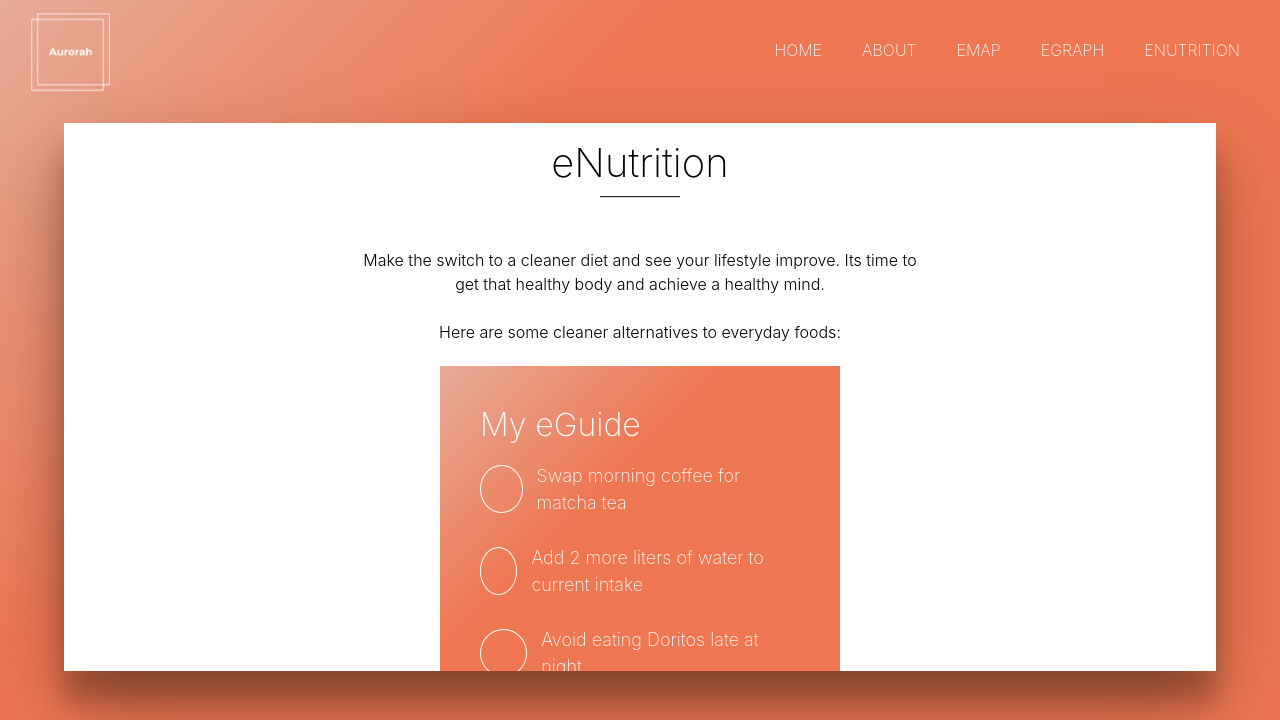
Repository: aasirvalji/saferMe
Page: /alt
An editor plug-in stored every save of this project. The page is shown before and after the next save, followed by the edit.
The browser window is 1280 px wide. The pictures show the whole page.
An inner scrolling area shows only its first screen. The project was rebuilt for these pictures with package versions that can differ from the ones it lists, and the page was loaded fresh each time. Also part of the build but not shown: src/components/Landing.js, src/styles/Services.css, src/components/Services.js, src/styles/MapDisplay.css, src/mapStyles.js, src/components/MapDisplay.js, src/styles/GraphDisplay.css, src/components/GraphDisplay.js and 2 more. Imported but missing from the stored project, and not drawn on this page: src/components/Chart, src/components/Footer.

Above is the page before, as saved 2020-02-15 06:36:03.

### public/index.html
<!DOCTYPE html>
<html lang="en">
  <head>
    <meta charset="utf-8" />
    <link rel="icon" href="%PUBLIC_URL%/favicon.ico" />
    <meta name="viewport" content="width=device-width, initial-scale=1" />
    <meta name="theme-color" content="#000000" />
    <meta
      name="description"
      content="Web site created using create-react-app"
    />
    <link rel="apple-touch-icon" href="%PUBLIC_URL%/logo192.png" />
    <!--
      manifest.json provides metadata used when your web app is installed on a
      user's mobile device or desktop. See https://developers.google.com/web/fundamentals/web-app-manifest/
    -->
    <link rel="manifest" href="%PUBLIC_URL%/manifest.json" />
    <!--
      Notice the use of %PUBLIC_URL% in the tags above.
      It will be replaced with the URL of the `public` folder during the build.
      Only files inside the `public` folder can be referenced from the HTML.

      Unlike "/favicon.ico" or "favicon.ico", "%PUBLIC_URL%/favicon.ico" will
      work correctly both with client-side routing and a non-root public URL.
      Learn how to configure a non-root public URL by running `npm run build`.
    -->

    <link
    rel="stylesheet"
    href="https://maxcdn.bootstrapcdn.com/bootstrap/4.3.1/css/bootstrap.min.css"
    integrity="sha384-ggOyR0iXCbMQv3Xipma34MD+dH/1fQ784/j6cY/iJTQUOhcWr7x9JvoRxT2MZw1T"
    crossorigin="anonymous"
  />

  <link rel="stylesheet" href="https://use.fontawesome.com/releases/v5.7.2/css/all.css" integrity="sha384-fnmOCqbTlWIlj8LyTjo7mOUStjsKC4pOpQbqyi7RrhN7udi9RwhKkMHpvLbHG9Sr" crossorigin="anonymous">

    <title>Aurorah</title>
  </head>
  <body>
    <noscript>You need to enable JavaScript to run this app.</noscript>
    <div id="root"></div>
    <!--
      This HTML file is a template.
      If you open it directly in the browser, you will see an empty page.

      You can add webfonts, meta tags, or analytics to this file.
      The build step will place the bundled scripts into the <body> tag.

      To begin the development, run `npm start` or `yarn start`.
      To create a production bundle, use `npm run build` or `yarn build`.
    -->
  </body>
</html>

### src/App.js
import React from 'react';
import './App.css';
import Navigate from './components/Navigate'
import Landing from './components/Landing'
import Services from './components/Services'
import Footer from './components/Footer'
import MapDisplay from './components/MapDisplay'
import GraphDisplay from './components/GraphDisplay'
import AltDisplay from './components/AltDisplay'
import AboutDisplay from './components/AboutDisplay'
import Chart from './components/Chart'

import {
  BrowserRouter as Router,
  Switch,
  Route,
} from "react-router-dom";

class App extends React.Component { //when working with any type of data, call it in App then pass to comp on interest

  constructor(props) {
    super(props);

  }

/* start api sample */
/*
  componentDidMount() {
    fetch("https://api.example.com/items")
      .then(res => res.json())
      .then(
        (result) => {
          this.setState({
            isLoaded: true,
            items: result.items
          });
        },
        // Note: it's important to handle errors here
        // instead of a catch() block so that we don't swallow
        // exceptions from actual bugs in components.
        (error) => {
          this.setState({
            isLoaded: true,
            error
          });
        }
      )
  }
  */
/* end api sample */
  render(){


  return (
    <Router>
    <div className="App">

    <Switch>

    <Route exact path="/">
    <div className='landing-div'>
    <Navigate></Navigate>
    <Landing></Landing>
    <img className='wave' src='https://www.ochrehealth.com.au/wp-content/uploads/2018/10/slider-wave.png' alt=''></img>  {/* wave pattern*/}
    </div>
    {/* services placement*/}
    {/* maps placement*/}
    </Route>

    <Route path="/about">
    <div className='about-background'>
    <Navigate></Navigate>

    <AboutDisplay></AboutDisplay>
    </div>
    </Route>

    <Route path="/map">
    <div className='map-background'>
    <Navigate></Navigate>

    <MapDisplay></MapDisplay>
    </div>
    </Route>

    <Route path="/graph">
    <div className='graph-background'>
    <Navigate></Navigate>

    <GraphDisplay>

    <Chart></Chart>
    </GraphDisplay>
    </div>
    </Route>

    <Route path="/alt">
    <div className='alt-background'>
    <Navigate></Navigate>

    <AltDisplay></AltDisplay>
    </div>
    </Route>

    </Switch>

    </div>
    </Router>

  );
  }
}

export default App;

### src/App.css
.landing-div {
    height: 100vh;
	background: linear-gradient(-45deg, #ee7752, #e73c7e,#FF4136, #85144b);
	background-size: 400% 400%;
    animation: gradient 10s ease infinite;

}


@keyframes gradient {
	0% {
		background-position: 0% 50%;
	}
	50% {
		background-position: 100% 50%;
	}
	100% {
		background-position: 0% 50%;
	}
}

.landing-div .wave{
    margin-right: 20vh;
    height: 15vh;
    width: 100%;
    position: absolute;
    bottom: 0;
}

@media screen and (max-width:700px) {

    .landing-div {
        height: 110vh;
    }

    .landing-div .wave{
    display: none;
    }

}

.about-background{
    background: linear-gradient(-45deg, #23a6d5, #23a6d5,#23a6d5, #acceda);
    height: 100vh;
}

.map-background{
    background: linear-gradient(-45deg, #5444c4, #5444c4,#5444c4, #908ab9);
    height: 100vh;
}

.graph-background{
    background: linear-gradient(-45deg, #e73c7e, #e73c7e,#e73c7e, #e0a0b9);
    height: 100vh;
}

.alt-background{
    background: linear-gradient(-45deg, #ee7752, #ee7752,#ee7752, #e7ab98);
    height: 100vh;
}

### src/components/Navigate.js
import React from 'react';
import '../styles/Navigate.css';
import {}
from 'react-bootstrap';
import img from '../assets/Au.png'

import { Link } from "react-router-dom";


function Navigate() {
    return (
    <>
  <div class="header">
    <h2 class="logo"><img src={img}></img></h2>
    <input type="checkbox" id="chk"></input>
    <label for="chk" class="show-menu-btn">
      <i class="fas fa-ellipsis-h"></i>
    </label>

    <ul class="menu">
      <Link to="/"><a>Home</a></Link>
      <Link to="/about"><a>About</a></Link>
      <Link to="/map"><a>eMap</a></Link>
      <Link to="/graph"><a>eGraph</a></Link>
      <Link to="/alt"><a>eNutrition</a></Link>
      <label for="chk" class="hide-menu-btn">
        <i class="fas fa-times"></i>
      </label>
    </ul>
  </div>
</>
);
}


export default Navigate;

### src/components/AltDisplay.js
import React from 'react';
import '../styles/AltDisplay.css'




function AltDisplay(){
    return(
        <>

<div className='alt-con'>

<div className='alt-header'>
<h1>eNutrition</h1>
</div>

<div className='alt-details'>

<p> Make the switch to a cleaner diet and see your lifestyle improve.
    Its time to get that healthy body and achieve a healthy mind.
    <br></br>
    <br></br>
    Here are
    some cleaner alternatives to everyday foods:
</p>

<div class="task-list middle">

<h2>My eGuide</h2>
<label class="task">
  <input type="checkbox"></input>
  <i class="fas fa-check"></i>
  <span class="text">Swap morning coffee for matcha tea</span>
</label>

<label class="task">
  <input type="checkbox"></input>
  <i class="fas fa-check"></i>
  <span class="text">Add 2 more liters of water to current intake</span>
</label>

<label class="task">
  <input type="checkbox"></input>
  <i class="fas fa-check"></i>
  <span class="text">Avoid eating Doritos late at night</span>
</label>

<label class="task">
  <input type="checkbox"></input>
  <i class="fas fa-check"></i>
  <span class="text">Start using Mayo instead of Mustard</span>
</label>
</div>


<img src="https://assets.materialup.com/uploads/57a21feb-709a-43d0-8ba1-d066ccb48390/preview.jpg" alt='food'></img>

 </div>

</div>

        </>
    )
}


export default AltDisplay;

### src/styles/Navigate.css
/* Start Navbar */

.header{
    height: 100px;
    background: transparent;
    padding: 0 20px;
    color: white;
    font-weight: 200;
  }
  .logo{
    line-height: 100px;
    float: left;
  }

  .header h2{
    font-weight: 200;
  }

  .header img{
    width: 12vh;
    height: 12vh;
    margin-left: 1vh;
  }

  .menu{
    float: right;
    line-height: 100px;
  }
  .menu a{
    color: white;
    text-transform: uppercase;
    text-decoration: none;
    padding: 0 10px;
    transition: 0.4s;
  }
  .show-menu-btn,.hide-menu-btn{
    transition: 0.4s;
    font-size: 30px;
    cursor: pointer;
    display: none;
  }
  .show-menu-btn{
    float: right;
  }
  .show-menu-btn i{
    line-height: 100px;
  }
  .menu a:hover,
  .show-menu-btn:hover,
  .hide-menu-btn:hover{
    transition: .5s;
    color: black;
  }

  #chk{
    position: absolute;
    visibility: hidden;
    z-index: -1111;
  }

  .content{
    padding: 0 20px;
  }
  .content img{
    width: 100%;
    max-width: 700px;
    margin: 20px 0;
  }
  .content p{
    text-align: justify;
  }

  @media screen and (max-width:800px) {
    .show-menu-btn,.hide-menu-btn{
      display: block;
    }
    .menu{
      position: fixed;
      width: 100%;
      height: 100vh;
      background: linear-gradient(-45deg, #ee7752, #e73c7e,#5444c4, #23a6d5);
      right: -100%;
      top: 0;
      text-align: center;
      padding: 80px 0;
      line-height: normal;
      transition: 0.7s;
      z-index: 1000;
    }
    .menu a{
      display: block;
      padding: 20px;
    }

    .menu a:hover{
      cursor: pointer;
    }

    .hide-menu-btn{
      position: absolute;
      top: 40px;
      right: 40px;
    }
    #chk:checked ~ .menu{
      right: 0;
    }
  }

  /* End Navbar */

### src/styles/Landing.css


  * {
    box-sizing: border-box;
    margin: 0;
    padding: 0;
  }


  h1 {
    line-height: 1.3;

  }

  img {
    width: 90%;
  }

  .container {
    max-width: 1200px;
    margin: auto;
    padding: 0 2rem;
    margin-top: 13vh;
  }

  .container h1, p{
    margin-top: 10vh;
    color: white;
  }

  .main-header{
    -webkit-animation: fadein 4s; /* Safari, Chrome and Opera > 12.1 */
    -moz-animation: fadein 4s; /* Firefox < 16 */
     -ms-animation: fadein 4s; /* Internet Explorer */
      -o-animation: fadein 4s; /* Opera < 12.1 */
         animation: fadein 4s;
  }

  .main-subheader{
    -webkit-animation: fadein 4s; /* Safari, Chrome and Opera > 12.1 */
    -moz-animation: fadein 4s; /* Firefox < 16 */
     -ms-animation: fadein 4s; /* Internet Explorer */
      -o-animation: fadein 4s; /* Opera < 12.1 */
         animation: fadein 4s;
  }

  .section-a {
    margin: 2rem 0;
  }

  .section-a .container {
    display: grid;
    grid-template-columns: 1fr 1fr;
    grid-gap: 3rem;
    align-items: center;
    justify-content: center;
  }

  .section-a h1 {
    font-size: 4rem;
    font-weight: 200;
  }

  .section-a p {
    font-size: 1.1rem;
    margin: 1rem 0 0 .775vh;
    font-weight: 200;
  }

  .floating{
    animation-name: floating;
    animation-duration: 3s;
    animation-iteration-count: infinite;
    animation-timing-function: ease-in-out;
    z-index: 100;
  }


  @keyframes floating {
    from { transform: translate(0,  0px); }
    50%  { transform: translate(0, 20px); }
    to   { transform: translate(0, -0px); }
}

  @media (max-width: 700px) {
    .section-a .container {
      grid-template-columns: 1fr;
      text-align: center;
    }

    .section-a .container div:first-child {
      order: 2;
    }

    .section-a .container div:nth-child(2) {
      order: -1;
    }

    .section-a img {
      width: 80%;
      margin: auto;
    }
  }

/* fade in animation*/

@keyframes fadein {
  from { opacity: 0; }
  to   { opacity: 1; }
}

/* Firefox < 16 */
@-moz-keyframes fadein {
  from { opacity: 0; }
  to   { opacity: 1; }
}

/* Safari, Chrome and Opera > 12.1 */
@-webkit-keyframes fadein {
  from { opacity: 0; }
  to   { opacity: 1; }
}

/* Internet Explorer */
@-ms-keyframes fadein {
  from { opacity: 0; }
  to   { opacity: 1; }
}

/* Opera < 12.1 */
@-o-keyframes fadein {
  from { opacity: 0; }
  to   { opacity: 1; }
}

### src/styles/AltDisplay.css
/* Try adding wave to Navbar */

.alt-con{
    transform: translateY(1vh);
    color: black;
    width: 90%;
    height: 76vh;
    margin: 15px auto;
    background: white;
    overflow: hidden;
    position: relative;
    top: 0;
    -webkit-box-shadow: 0 38px 76px rgba(0, 0, 0, 0.3), 0 30px 24px rgba(0, 0, 0, 0.22);
            box-shadow: 0 38px 76px rgba(0, 0, 0, 0.3), 0 30px 24px rgba(0, 0, 0, 0.22);
            overflow-y: auto;
}

.alt-con p{
    color: white;
}

.alt-header h1{
    color: black;
    text-align: center;
    font-weight: 200;
    margin-top: 2vh;
    margin-bottom: 8vh;
}

.alt-header h1:after {

    content: '';
    transform: translateY(1vh);
    margin: auto;
    border-bottom: .1vh solid black;
    width: 11vh;
    display: block;

}

.alt-details p{
    font-weight: 300;
    margin: auto;
    color: black;
    text-align: center;
    width: 50%;
    margin-bottom: 3vh;
}

.alt-details img{
    display: block;
    margin: 0 auto;
    height: 40vh;
    width: 50vh;
}

/* sample */

.middle{
    position: relative;
    margin: auto;
  }

  .task-list{
    width: 400px;
    padding: 40px;
    background: linear-gradient(-45deg, #ee7752, #ee7752,#ee7752, #e7ab98);
    background-size: cover;
  }
  .task-list h2{
    color: #fff;
    font-weight: 220;
  }
  .task{
    display: flex;
    padding: 10px 0;
    align-items: center;
    cursor: pointer;
    font-weight: 220;
  }

  .task input{
    position: absolute;
    visibility: hidden;
  }

  .task i{
    display: inline-block;
    width: 48px;
    height: 48px;
    border-radius: 50%;
    border: 1px solid white;
    text-align: center;
    line-height: 48px;
    font-size: 20px;
    margin-right: 14px;
    color: transparent;
  }

  .text{
    font-size: 18px;
    color: #fff;
  }

  .task input:checked ~ i{
    color: white;
  }

  .task input:checked ~ .text{
    text-decoration: line-through;
    color: white;
  }

Loaded but not shown: src/index.js (common file); src/index.css (common file); src/serviceWorker.js (common file)

After the next save:
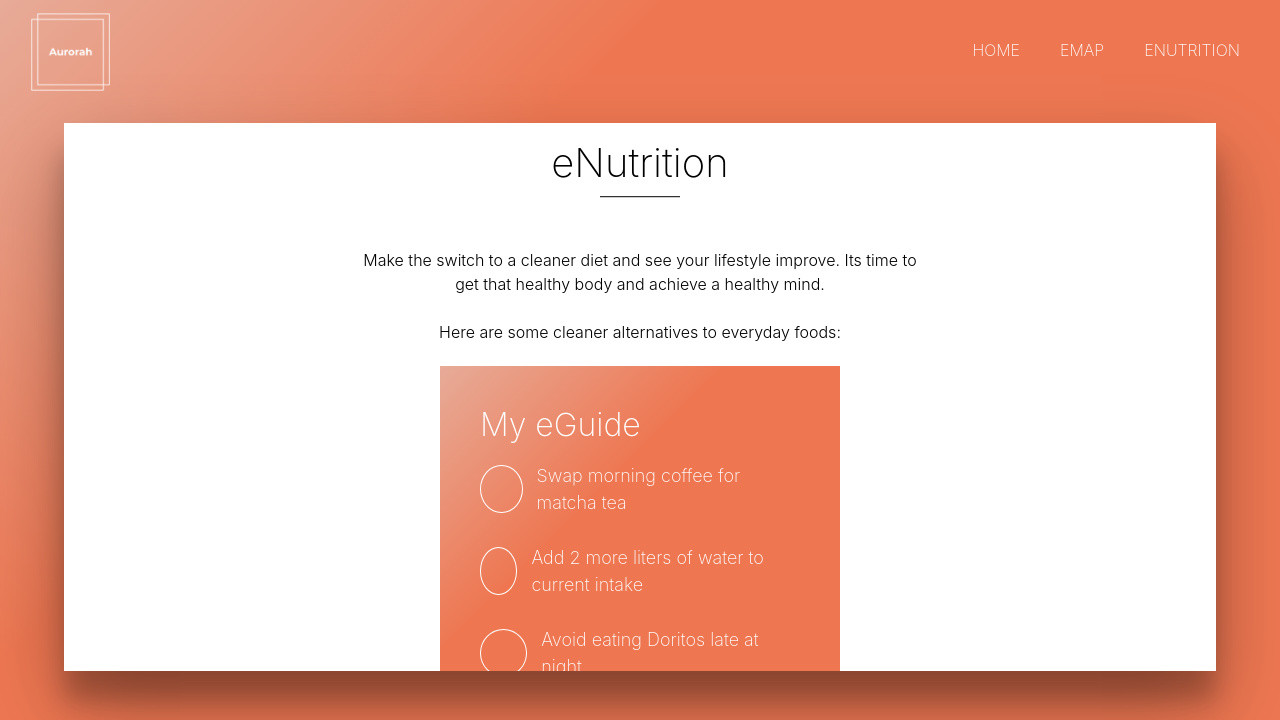
Saved 4 min 42 s later.
--- a/src/components/Navigate.js
+++ b/src/components/Navigate.js
@@ -19,9 +19,9 @@ function Navigate() {
 
     <ul class="menu">
       <Link to="/"><a>Home</a></Link>
-      <Link to="/about"><a>About</a></Link>
+      {/*<Link to="/about"><a>About</a></Link>*/}
       <Link to="/map"><a>eMap</a></Link>
-      <Link to="/graph"><a>eGraph</a></Link>
+      {/*<Link to="/graph"><a>eGraph</a></Link>*/}
       <Link to="/alt"><a>eNutrition</a></Link>
       <label for="chk" class="hide-menu-btn">
         <i class="fas fa-times"></i>
